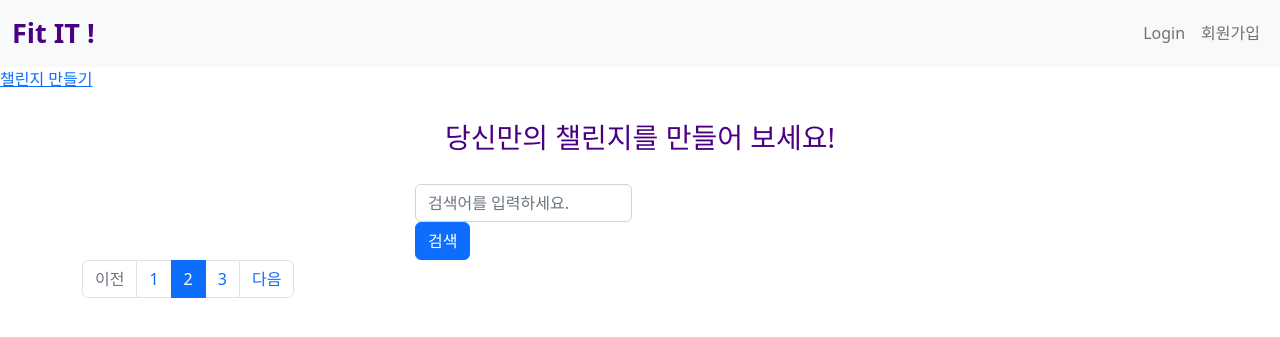
Repository: 4everGirls/Fit-IT-FRONT
Page: /makeChallenge (app in FrontEnd/fit-it/)
An editor plug-in stored every save of this project. The page is shown before and after the next save, followed by the edit.
The browser window is 1280 px wide. The pictures show the whole page.
The project was rebuilt for these pictures with package versions that can differ from the ones it lists, and the page was loaded fresh each time. Also part of the build but not shown: FrontEnd/fit-it/vue.config.js, FrontEnd/fit-it/src/views/HomeView.vue, FrontEnd/fit-it/src/components/user/RegistUser.vue, FrontEnd/fit-it/src/components/user/LoginUser.vue.

Above is the page before, as saved 2022-11-20 12:24:50.

After the next save:
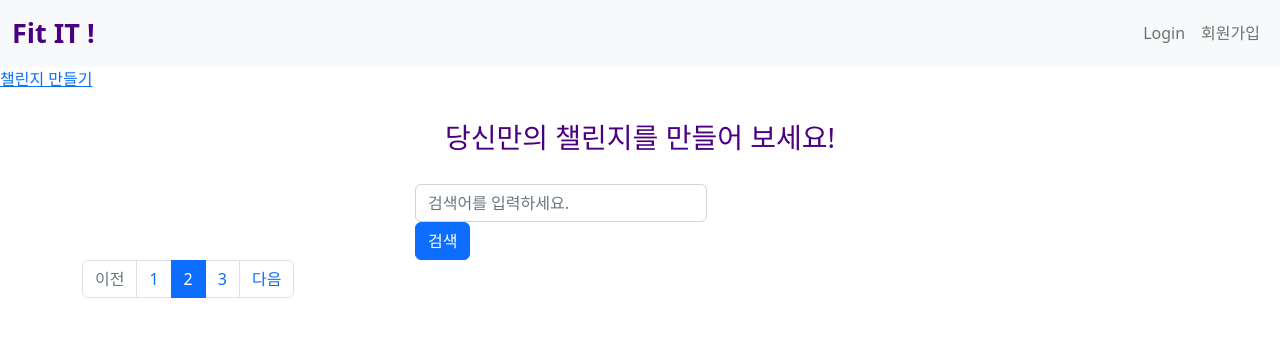
Saved 14 s later.
--- a/FrontEnd/fit-it/src/components/challenge/MakeChallenge/SearchVideo.vue
+++ b/FrontEnd/fit-it/src/components/challenge/MakeChallenge/SearchVideo.vue
@@ -6,7 +6,7 @@
       </div>
       <div class="searchContainer flex-item">
         <div class="col">
-          <form class="d-flex col-md-6" role="search">
+          <form class="d-flex col-md-8" role="search">
             <input
               class="form-control me-2"
               type="search"
